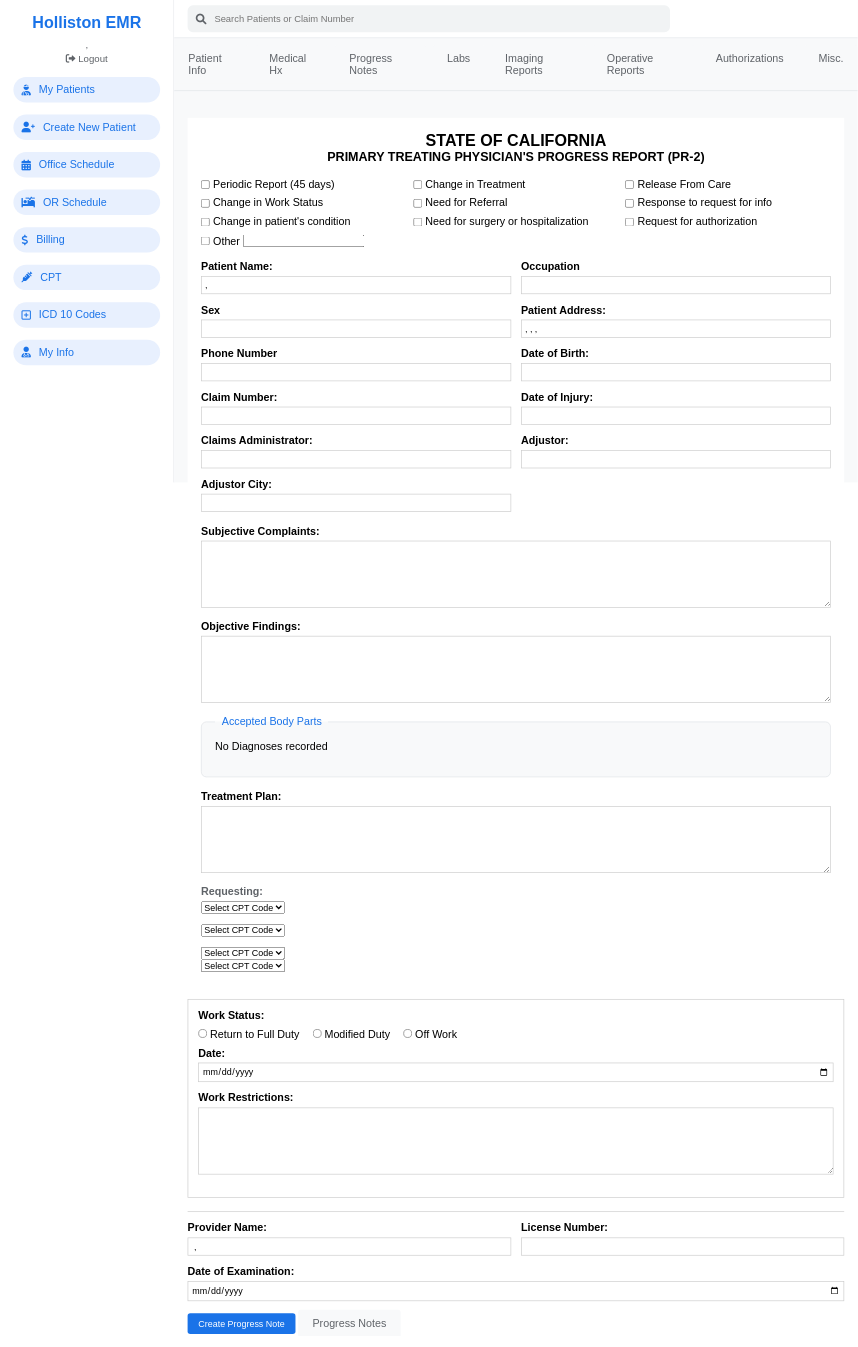
Repository: DavidG626/Flask-Project
Page: templates/create_progress_note.html
An editor plug-in stored every save of this project. The page is shown before and after a run of saves, followed by the edit.
The browser window is 1280 px wide. The pictures show the whole page, at 67% of full size.
Some web libraries are served in a nearby version. The page is served by the project's application, run on Flask 3 (tempCodeRunnerFile.py). Other server files are loaded and not shown. The template is opened directly, without the code that normally fills it, so the values that code supplies are empty.

Above is the page before, as saved 2025-03-13 22:27:21.

### templates/create_progress_note.html
<!DOCTYPE html>
<html lang="en">
<head>
   <meta charset="UTF-8">
   <meta name="viewport" content="width=device-width, initial-scale=1.0">
   <title>Create Progress Note</title>
   <link rel="stylesheet" type="text/css" href="/static/dashboard.css">
   <link rel="stylesheet" type="text/css" href="/static/patient_info.css">
   <link rel="stylesheet" type="text/css" href="/static/pr2.css">
   <link href="https://cdn.jsdelivr.net/npm/select2@4.1.0-rc.0/dist/css/select2.min.css" rel="stylesheet" />
   <script src="https://cdn.jsdelivr.net/npm/jquery@3.6.0/dist/jquery.min.js"></script>
   <script src="https://cdn.jsdelivr.net/npm/select2@4.1.0-rc.0/dist/js/select2.min.js"></script>
   <link href="https://cdnjs.cloudflare.com/ajax/libs/font-awesome/6.0.0/css/all.min.css" rel="stylesheet">
</head>
<body>
   <div class="container">
       <!-- Sidebar -->
       <aside class="sidebar">
           <div class="logo">Holliston EMR</div>
           <div class="logged-user">
               {{ current_user.first_name }} {{ current_user.last_name }}, {{ current_user.medical_title }}
               <a href="{{ url_for('dashboard.logout') }}" class="logout-link">
                   <i class="fas fa-sign-out-alt"></i> Logout
               </a>
           </div>
           <nav>
               <ul>
                   <li class="active">
                       <a href="{{ url_for('dashboard.my_patients') }}">
                           <i class="fas fa-user-injured"></i>My Patients
                       </a>
                   </li>
               </ul>
               <br>
               <ul>
                   <li class="active">
                       <a href="{{ url_for('dashboard.create_patient') }}">
                           <i class="fas fa-user-plus"></i>Create New Patient
                       </a>
                   </li>
               </ul>
               <br>
               <ul>
                   <li class="active"><a href=""><i class="fas fa-calendar-alt"></i>Office Schedule</a></li>
               </ul>
               <br>
               <ul>
                   <li class="active"><a href=""><i class="fas fa-procedures"></i>OR Schedule</a></li>
               </ul>
               <br>
               <ul>
                   <li class="active"><a href=""><i class="fas fa-dollar-sign"></i>Billing</a></li>
               </ul>
               <br>
               <ul>
                   <li class="active">
                       <a href="{{ url_for('cpt.cpt_codes') }}">
                           <i class="fas fa-syringe"></i>CPT
                       </a>
                   </li>
               </ul>
               <br>
               <ul>
                   <li class="active">
                       <a href="{{ url_for('icd10.icd10_codes') }}">
                           <i class="far fa-plus-square"></i>ICD 10 Codes
                       </a>
                   </li>
               </ul>
               <br>
               <ul>
                   <li class="active">
                       <a href="{{ url_for('dashboard.my_info') }}">
                           <i class="fas fa-user-md"></i>My Info
                       </a>
                   </li>
               </ul>
           </nav>
       </aside>

       <!-- Main Content -->
       <main>
           <header>
               <div class="search-bar">
                   <i class="fas fa-search"></i>
                   <form action="{{ url_for('dashboard.my_patients') }}" method="get">
                       <input type="text" name="search" placeholder="Search Patients or Claim Number">
                   </form>
               </div>
           </header>

           <!-- Patient Tabs -->
           <div class="patient-tabs">
                <a href="{{ url_for('dashboard.patient_detail', patient_id=patient.id) }}" class="tab">Patient Info</a>
                <a href="{{ url_for('dashboard.patient_medical_history', patient_id=patient.id) }}" class="tab">Medical Hx</a>
                <a href="{{ url_for('pr2.progress_notes', patient_id=patient.id) }}" class="tab active">Progress Notes</a>
                <a href="{{ url_for('labs.patient_labs', patient_id=patient.id) }}" class="tab">Labs</a>
                <a href="{{ url_for('imaging.patient_imaging', patient_id=patient.id) }}" class="tab">Imaging Reports</a>
                <a href="{{ url_for('operative.patient_operative_reports', patient_id=patient.id) }}" class="tab">Operative Reports</a>
                <a href="{{ url_for('auth.patient_authorizations', patient_id=patient.id) }}" class="tab">Authorizations</a>
                <a href="{{ url_for('misc.patient_misc', patient_id=patient.id) }}" class="tab">Misc.</a>
            </div>

           <div class="content">
            <div class="pr2-form">
                <div class="pr2-header">
                    <h2>STATE OF CALIFORNIA</h2>
                    <h3>PRIMARY TREATING PHYSICIAN'S PROGRESS REPORT (PR-2)</h3>
                </div>

                <form method="POST">
                    <!-- Report Type Section -->
                    <div class="checkbox-grid">
                        <div class="checkbox-item">
                            <input type="checkbox" name="is_periodic_report" id="periodic">
                            <label for="periodic">Periodic Report (45 days)</label>
                        </div>
                        <div class="checkbox-item">
                            <input type="checkbox" name="is_change_in_treatment" id="treatment">
                            <label for="treatment">Change in Treatment</label>
                        </div>
                        <div class="checkbox-item">
                            <input type="checkbox" name="is_release_from_care" id="release">
                            <label for="release">Release From Care</label>
                        </div>
                        <div class="checkbox-item">
                            <input type="checkbox" name="is_change_in_work_status" id="work">
                            <label for="work">Change in Work Status</label>
                        </div>
                        <div class="checkbox-item">
                            <input type="checkbox" name="is_need_for_referral" id="referral">
                            <label for="referral">Need for Referral</label>
                        </div>
                        <div class="checkbox-item">
                            <input type="checkbox" name="is_need_for_referral" id="referral">
                            <label for="referral">Response to request for info</label>
                        </div>
                        <div class="checkbox-item">
                            <input type="checkbox" name="is_need_for_referral" id="referral">
                            <label for="referral">Change in patient's condition</label>
                        </div>
                        <div class="checkbox-item">
                            <input type="checkbox" name="is_need_for_referral" id="referral">
                            <label for="referral">Need for surgery or hospitalization</label>
                        </div>
                        <div class="checkbox-item">
                            <input type="checkbox" name="is_need_for_referral" id="referral">
                            <label for="referral">Request for authorization</label>
                        </div>
                        <div class="checkbox-item">
                            <input type="checkbox" name="is_need_for_referral" id="referral">
                            <label for="referral">Other</label>
                            <input type="text">
                        </div>
                    </div>

                    <!-- Patient Information Section -->
                    <div class="patient-info-grid">
                        <div class="form-field">
                            <label>Patient Name:</label>
                            <input type="text" value="{{ patient.patient_last_name }}, {{ patient.patient_first_name }}" readonly>
                        </div>
                        <div class='form-field'>
                            <label>Occupation</label>
                            <input type="text" value="{{ patient.patient_occupation }}" readonly>
                        </div>

                        <div class='form-field'>
                            <label>Sex</label>
                            <input type="text" value="{{ patient.patient_sex }}" readonly>
                        </div>
                        <div class="form-field">
                            <label>Patient Address:</label>
                            <input type="text" value="{{ patient.patient_address }}, {{ patient.patient_city }}, {{ patient.patient_state }}, {{ patient.patient_zip_code }}" readonly>
                        </div>
                        <div class='form-field'>
                            <label>Phone Number</label>
                            <input type="text" value="{{ patient.patient_occupation }}" readonly>
                        </div>
                        <div class="form-field">
                            <label>Date of Birth:</label>
                            <input type="text" value="{{ patient.patient_date_of_birth.strftime('%m/%d/%Y') }}" readonly>
                        </div>
                        <div class="form-field">
                            <label>Claim Number:</label>
                            <input type="text" value="{{ patient.patient_claim_number }}" readonly>
                        </div>
                        <div class="form-field">
                            <label>Date of Injury:</label>
                            <input type="text" value="{{ patient.patient_date_of_injury.strftime('%m/%d/%Y') }}" readonly>
                        </div>
                        <div class="form-field">
                            <label>Claims Administrator:</label>
                            <input type="text" value="{{ patient.claims_admin.admin_name if patient.claims_admin else '' }}" readonly>
                        </div>
                        <div class="form-field">
                            <label>Adjustor:</label>
                            <input type="text" value="{{ patient.claims_admin.adjustor if patient.claims_admin else '' }}" readonly>
                        </div>
                        <div class="form-field">
                            <label>Adjustor City:</label>
                            <input type="text" value="{{ patient.claims_admin.adjustor_city if patient.claims_admin else '' }}" readonly>
                        </div>
                    </div>

                    <!-- Subjective Section -->
                    <div class="text-area-field">
                        <label>Subjective Complaints:</label>
                        <textarea name="subjective_complaints" required></textarea>
                    </div>

                    <!-- Objective Section -->
                    <div class="text-area-field">
                        <label>Objective Findings:</label>
                        <textarea name="objective_findings" required></textarea>
                    </div>


                    <fieldset>
                        <legend>Accepted Body Parts</legend>
                        <div class="form-group">
                            {% if patient.diagnoses %}
                                {% for diagnosis in patient.diagnoses %}
                                    <div class="info-item">
                                        <strong>{{ diagnosis.code }}</strong> - {{ diagnosis.description }}
                                    </div>
                                {% endfor %}
                            {% else %}
                                <div class="info-item">No Diagnoses recorded</div>
                            {% endif %}
                        </div>
                    </fieldset>






                    <!-- Treatment Plan Section -->
                    <div class="text-area-field">
                        <label>Treatment Plan:</label>
                        <textarea name="treatment_plan" required></textarea>
                    </div>




                    <!-- CPT Code Selection - 4 boxes in a row -->
                    <div class="form-group mt-3">


                            <!-- 4 CPT Code dropdown boxes -->
                            <div class="text-area-field">
                                <label>Requesting:</label>
                                <select class="form-control" name="cpt_codes">
                                    <option value="">Select CPT Code</option>
                                    {% for cpt in cpt_codes %}
                                    <option value="{{ cpt.id }}">{{ cpt.code }} - {{ cpt.description }}</option>
                                    {% endfor %}
                                </select>
                            </div>

                                <select class="form-control" name="cpt_codes">
                                    <option value="">Select CPT Code</option>
                                    {% for cpt in cpt_codes %}
                                    <option value="{{ cpt.id }}">{{ cpt.code }} - {{ cpt.description }}</option>
                                    {% endfor %}
                                </select>
                            </div>
                            <div class="col-3">
                                <select class="form-control" name="cpt_codes">
                                    <option value="">Select CPT Code</option>
                                    {% for cpt in cpt_codes %}
                                    <option value="{{ cpt.id }}">{{ cpt.code }} - {{ cpt.description }}</option>
                                    {% endfor %}
                                </select>
                            </div>
                            <div class="col-3">
                                <select class="form-control" name="cpt_codes">
                                    <option value="">Select CPT Code</option>
                                    {% for cpt in cpt_codes %}
                                    <option value="{{ cpt.id }}">{{ cpt.code }} - {{ cpt.description }}</option>
                                    {% endfor %}
                                </select>
                            </div>
                    </div>



                    <!-- Work Status Section -->
                    <div class="work-status-section">
                        <h4>Work Status:</h4>
                        <div class="work-status-options">
                            <div class="radio-item">
                                <input type="radio" name="work_status" value="full_duty" id="full_duty">
                                <label for="full_duty">Return to Full Duty</label>
                            </div>
                            <div class="radio-item">
                                <input type="radio" name="work_status" value="modified" id="modified">
                                <label for="modified">Modified Duty</label>
                            </div>
                            <div class="radio-item">
                                <input type="radio" name="work_status" value="off_work" id="off_work">
                                <label for="off_work">Off Work</label>
                            </div>
                        </div>
                        <div class="form-field">
                            <label>Date:</label>
                            <input type="date" name="work_status_date">
                        </div>
                        <div class="text-area-field" id="work-restrictions">
                            <label>Work Restrictions:</label>
                            <textarea name="work_restrictions"></textarea>
                        </div>
                    </div>

                    <!-- Provider Information Section -->
                    <div class="provider-section">
                        <div class="form-row">
                            <div class="form-field">
                                <label>Provider Name:</label>
                                <input type="text" value="{{ current_user.first_name }} {{ current_user.last_name }}, {{ current_user.medical_title }}" readonly>
                            </div>
                            <div class="form-field">
                                <label>License Number:</label>
                                <input type="text" value="{{ current_user.medical_license }}" readonly>
                            </div>
                        </div>
                        <div class="form-field">
                            <label>Date of Examination:</label>
                            <input type="date" name="date_of_exam" required>
                        </div>
                    </div><br>

                    <div class="form-buttons">
                        <button type="submit" class="save-btn" onclick="return confirmCreate()">Create Progress Note</button>
                        <a href="{{ url_for('pr2.progress_notes', patient_id=patient.id) }}" class="tab active">Progress Notes</a>
                    </div>

                     <!-- RFA Section - will be shown/hidden with JavaScript -->
        <div id="rfa_section" style="display: none;" class="pr2-form">
            <div class="pr2-header">
                <h3>REQUEST FOR AUTHORIZATION (RFA)</h3>
            </div>
            <div class="checkbox-grid">
                <div class="checkbox-item">
                    <input type="checkbox" id="is_new_request" name="is_new_request" checked>
                    <label for="is_new_request">New Request</label>
                </div>
                <div class="checkbox-item">
                    <input type="checkbox" id="is_resubmission" name="is_resubmission">
                    <label for="is_resubmission">Resubmission - Change in Material Facts</label>
                </div>
                <div class="checkbox-item">
                    <input type="checkbox" id="is_expedited" name="is_expedited">
                    <label for="is_expedited">Expedited Review</label>
                </div>
                <div class="checkbox-item">
                    <input type="checkbox" id="is_oral_confirmation" name="is_oral_confirmation">
                    <label for="is_oral_confirmation">Written confirmation of prior oral request</label>
                </div>
            </div>

            <!-- Selected Diagnoses (auto-populated) -->
            <div class="text-area-field">
                <label>Selected Diagnoses:</label>
                <div id="rfa_diagnoses_display" class="form-field">
                    <!-- Will be populated based on patient diagnoses -->
                    {% if patient.diagnoses %}
                        {% for diagnosis in patient.diagnoses %}
                        <div class="info-item">
                            <input type="hidden" name="rfa_diagnosis_ids[]" value="{{ diagnosis.id }}">
                            <strong>{{ diagnosis.code }}</strong> - {{ diagnosis.description }}
                        </div>
                        {% endfor %}
                    {% else %}
                        <div class="info-item">No Diagnoses recorded</div>
                    {% endif %}
                </div>
            </div>

            <!-- Selected CPT Codes (auto-populated) -->
            <div class="text-area-field">
                <label>Selected CPT Codes:</label>
                <div id="rfa_cpt_codes_display" class="form-field">
                    <!-- Will be populated dynamically by JavaScript -->
                    <div class="info-item text-muted">CPT codes will appear here when selected</div>
                </div>
            </div>

            <!-- Additional Information -->
            <div class="text-area-field">
                <label for="rfa_other_info">Other Information (Frequency, Duration, Quantity):</label>
                <textarea name="rfa_other_info" id="rfa_other_info" rows="2"></textarea>
            </div>
        </div>

                    <!-- JavaScript at the end of the main content -->
        <script>
            document.addEventListener('DOMContentLoaded', function() {
    // Get all CPT code select elements
    const cptSelects = document.querySelectorAll('select[name="cpt_codes"]');
    const rfaSection = document.getElementById('rfa_section');
    const rfaCptCodesDisplay = document.getElementById('rfa_cpt_codes_display');

    // Function to check if any CPT code is selected and update the RFA section
    function updateRfaSection() {
        let hasSelection = false;
        let selectedCptCodes = [];

        // Check each select element
        cptSelects.forEach(function(select) {
            if (select.value) {
                hasSelection = true;

                // Get CPT code details
                const cptId = select.value;
                const cptText = select.options[select.selectedIndex].text;

                // Add to array if not already included
                if (!selectedCptCodes.some(code => code.id === cptId)) {
                    selectedCptCodes.push({
                        id: cptId,
                        text: cptText
                    });
                }
            }
        });

        // Show or hide RFA section
        if (hasSelection) {
            rfaSection.style.display = 'block';

            // Update the CPT codes display
            rfaCptCodesDisplay.innerHTML = '';
            selectedCptCodes.forEach(function(cpt) {
                const cptItem = document.createElement('div');
                cptItem.className = 'info-item';
                cptItem.innerHTML = `
                    <input type="hidden" name="rfa_cpt_ids[]" value="${cpt.id}">
                    ${cpt.text}
                `;
                rfaCptCodesDisplay.appendChild(cptItem);
            });
        } else {
            rfaSection.style.display = 'none';
            rfaCptCodesDisplay.innerHTML = '<div class="info-item text-muted">CPT codes will appear here when selected</div>';
        }
    }

    // Add change event listeners to all CPT selects
    cptSelects.forEach(function(select) {
        select.addEventListener('change', updateRfaSection);
    });

    // Initial check in case CPT codes are pre-selected
    updateRfaSection();
});

function confirmCreate() {
    return confirm("IMPORTANT: Once created, this progress note cannot be deleted or edited due to HITECH regulations. If changes are needed later, you must create an addendum. Do you want to proceed?");
}


        </script>

       </main>
       </body>

Loaded but not shown: static/dashboard.css (410 lines, source omitted); tempCodeRunnerFile.py (97 lines, source omitted); static/patient_info.css (180 lines, source omitted); static/pr2.css (154 lines, source omitted)

After the next 2 saves:
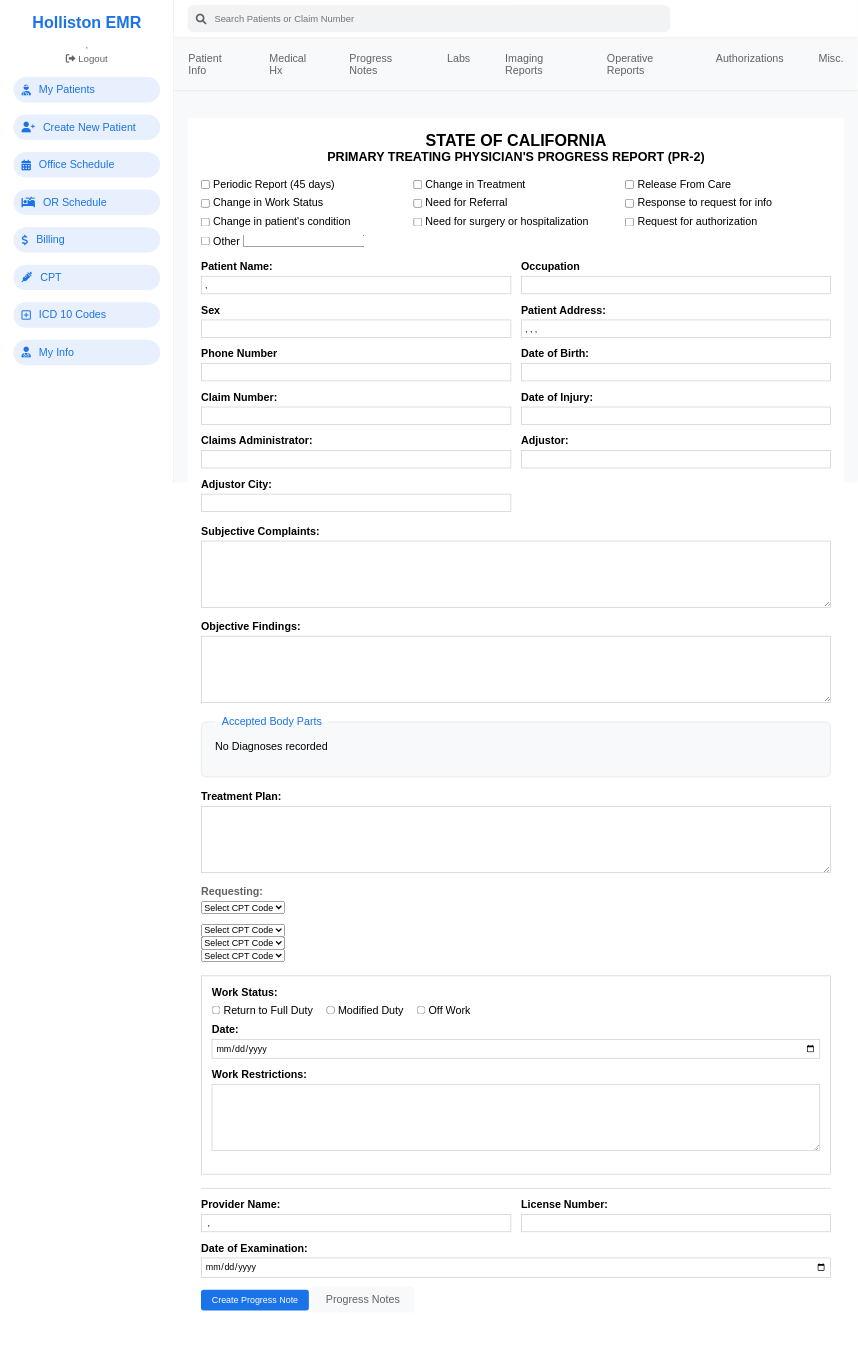
The 2 saves are shown as one change because they came seconds apart.
The last was saved 17 s later.
--- a/templates/create_progress_note.html
+++ b/templates/create_progress_note.html
@@ -259,7 +259,7 @@
                                     {% endfor %}
                                 </select>
                             </div>
-
+                            <div class="col-3">
                                 <select class="form-control" name="cpt_codes">
                                     <option value="">Select CPT Code</option>
                                     {% for cpt in cpt_codes %}
